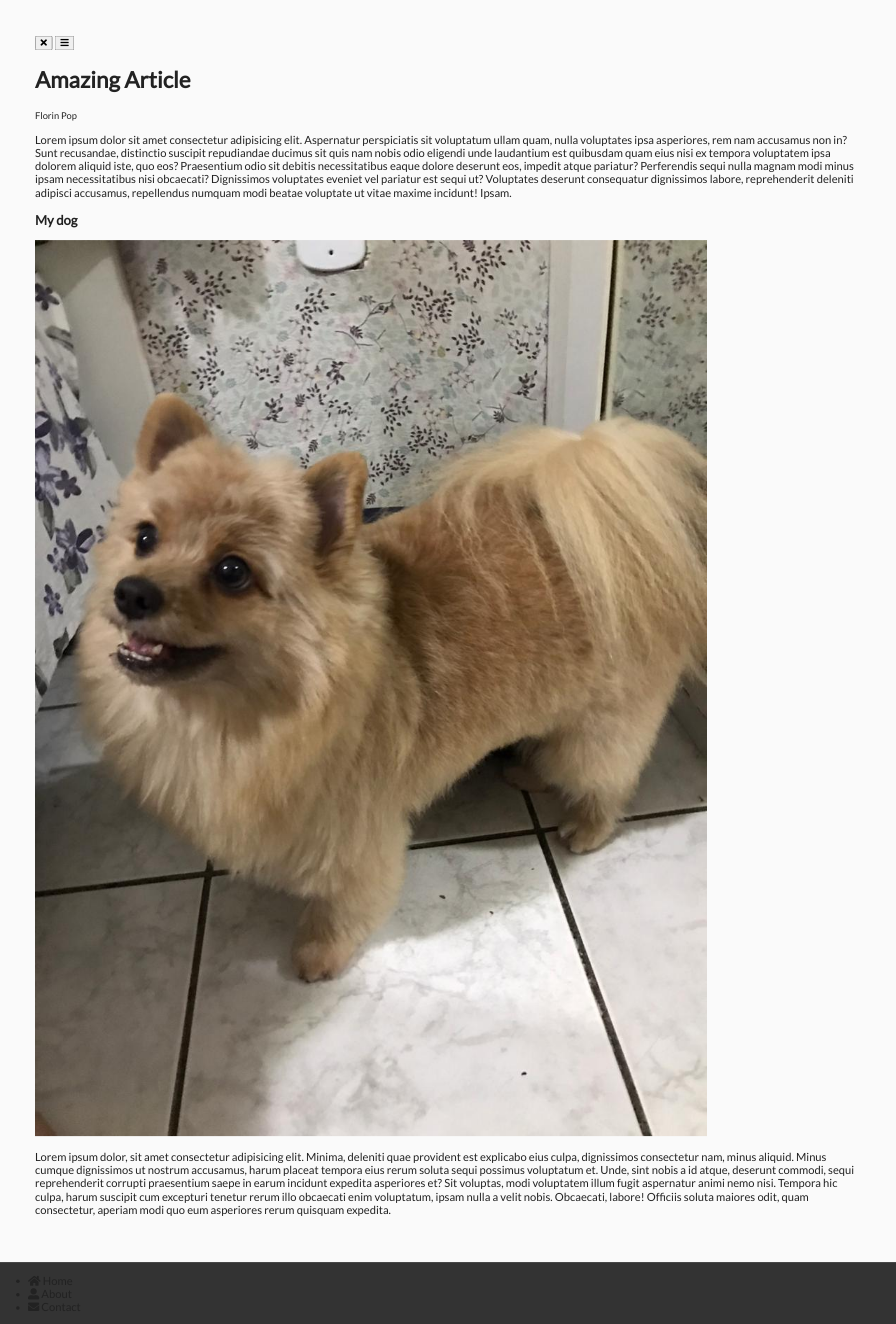
Repository: Williamlmachado/Rotating-Navigation
Page: index.html
These files come from the project's save history. The page is drawn as it stood at one moment and after the next save; the edit follows.
The browser window is 1280 px wide. The pictures show the whole page, at 70% of full size.
Some web libraries are served in a nearby version.

Above is the page before, as saved 2021-08-13 09:41:11.

After the next save:
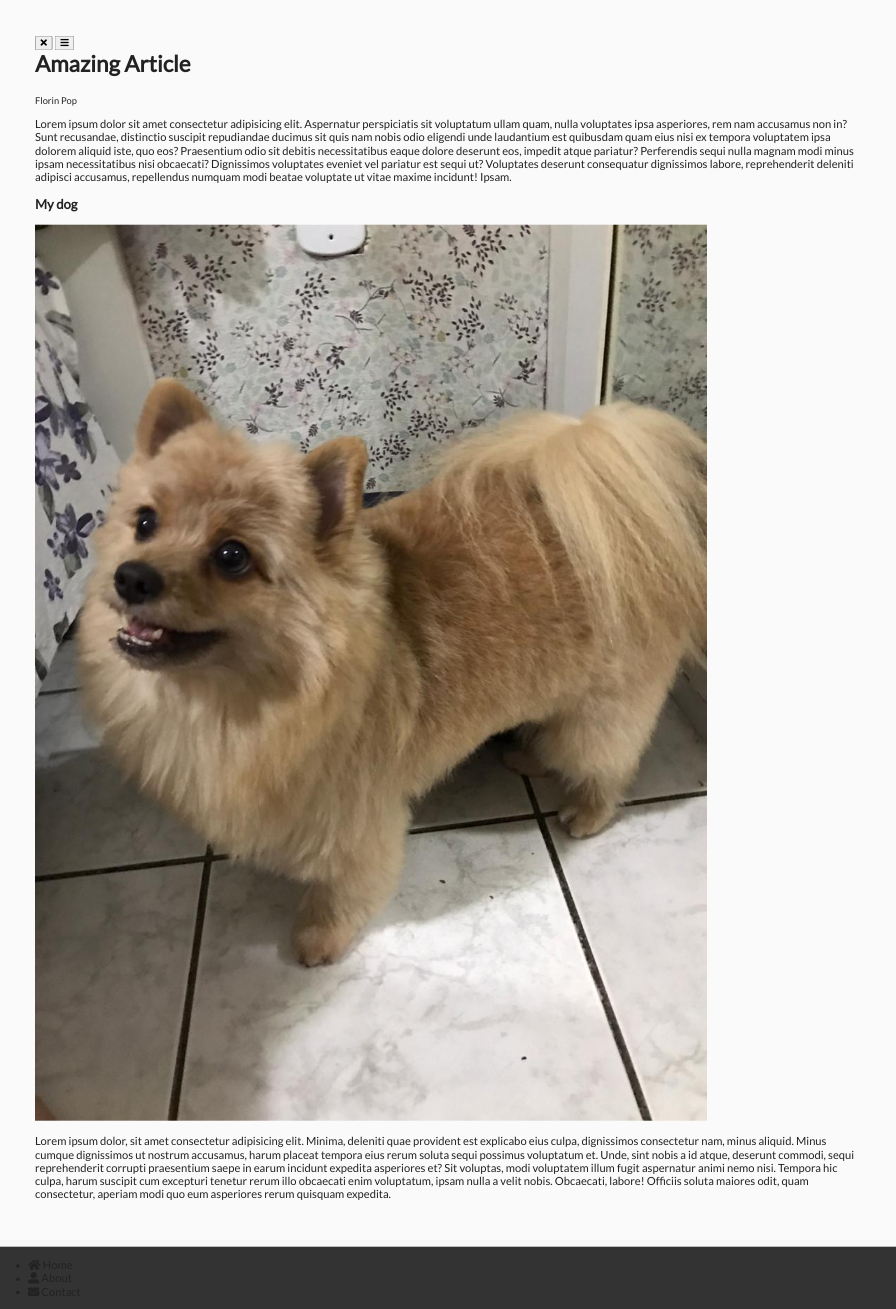
Saved 4 s later.
--- a/style.css
+++ b/style.css
@@ -23,5 +23,6 @@ body {
     transform: rotate(-20deg);
 }
 .circle-container{
-    position:
+    position: fixed;
+
 }
